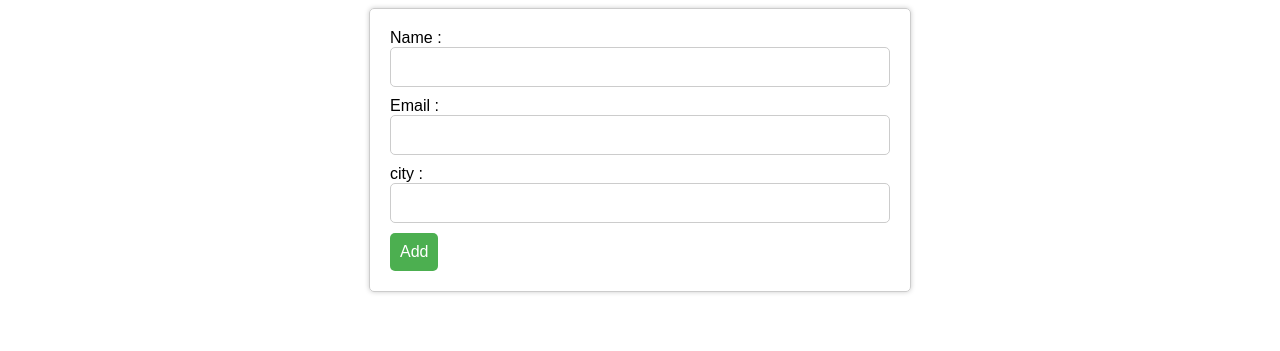
Repository: UnmeshNarayanKadam/JAVA-SPRING-HIBERNATE-PROGRAM
Page: http://localhost/spring-webapp/addCustomer.jsp
These files come from the project's save history. The page is drawn as it stood at one moment and after the next save; the edit follows.
The browser window is 1280 px wide. The pictures show the whole page.
The page is served by Tomcat 9.

Above is the page before, as saved 2023-02-27 05:24:59.

After the next save:
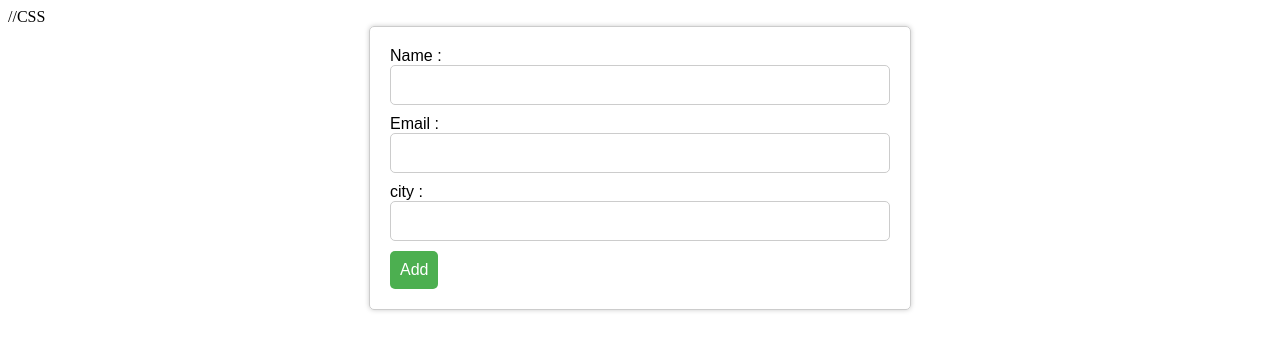
Saved 22 s later.
--- a/spring-webapp/src/main/webapp/addCustomer.jsp
+++ b/spring-webapp/src/main/webapp/addCustomer.jsp
@@ -5,6 +5,7 @@
 <head>
 <meta charset="ISO-8859-1">
 <title>Insert title here</title>
+//CSS
 <style>
 		form {
 			width: 500px;

After the save that followed:
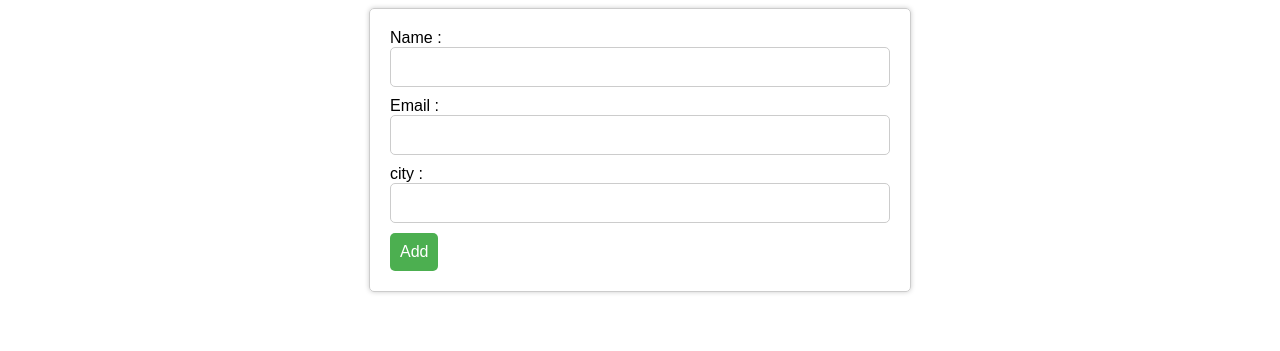
Saved 4 s later.
--- a/spring-webapp/src/main/webapp/addCustomer.jsp
+++ b/spring-webapp/src/main/webapp/addCustomer.jsp
@@ -5,7 +5,7 @@
 <head>
 <meta charset="ISO-8859-1">
 <title>Insert title here</title>
-//CSS
+
 <style>
 		form {
 			width: 500px;
